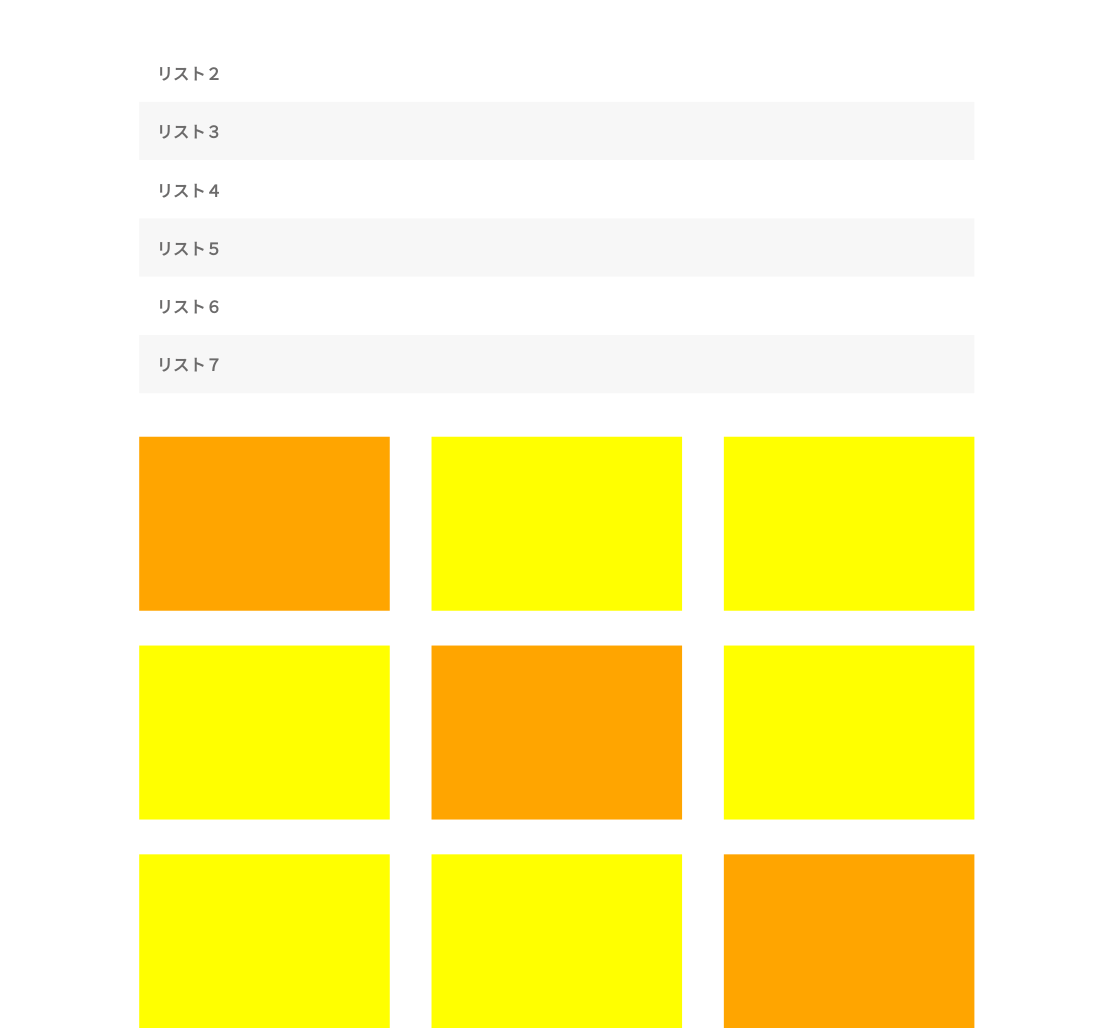
Repository: CarAll02/git-practice
Page: chapter8_exercise/index.html
The author's editor kept a record of every edit. The page is drawn from the files as they stood at one moment, then again after the next edit.
The browser window is 1280 px wide. The pictures show the whole page, at 87% of full size.

Above is the page before.

### chapter8_exercise/index.html
<!DOCTYPE html>
<html lang="ja">
  <head>
    <meta charset="UTF-8"/>
    <link rel="stylesheet" href="style.css">
    <title>chapter8_exercise</title>
  </head>

  <body>
    <main>
      <div class="list">
        <div class="list-box">

        </div>

        <h3 class="list-text">リスト２</h3>
        <h3 class="list-text">リスト３</h3>
        <h3 class="list-text">リスト４</h3>
        <h3 class="list-text">リスト５</h3>
        <h3 class="list-text">リスト６</h3>
        <h3 class="list-text">リスト７</h3>
      </div>
    </main>

    <div class="panel">
      <div class="panel-item"></div>
      <div class="panel-item"></div>
      <div class="panel-item"></div>
      <div class="panel-item"></div>
      <div class="panel-item"></div>
      <div class="panel-item"></div>
      <div class="panel-item"></div>
      <div class="panel-item"></div>
      <div class="panel-item"></div>
    </div>

  </body>

</html>

### chapter8_exercise/style.css
*{
  margin:0;
  padding: 0;
  box-sizing:border-box;
  color:#6c6b6b;
}

main{
  width:960px;
  display:flex;
  justify-content:center;
  margin:0 auto;
}

.list{
  width: 960px;
  margin: 50px 0 50px 0;
}

.list-text{
  padding:20px;
}

.list-text:nth-child(odd){
  background-color: #f7f7f7;
}

.panel{
  width: 960px;
  height: 680px;
  margin-bottom: 50px;
  margin:0 auto;
  display:flex;
  flex-wrap:wrap;
}

.panel-item{
  width: 30%;
  height:200px;
  background-color: yellow;
  margin-right: 5%;
  margin-bottom: 40px;
}

.panel-item:nth-child(3n){
  margin-right: -5%;
}

.panel-item:nth-child(1){
  background-color: orange;
}

.panel-item:nth-child(5){
  background-color: orange;
}

.panel-item:nth-child(9){
  background-color: orange;
}

After the next edit:
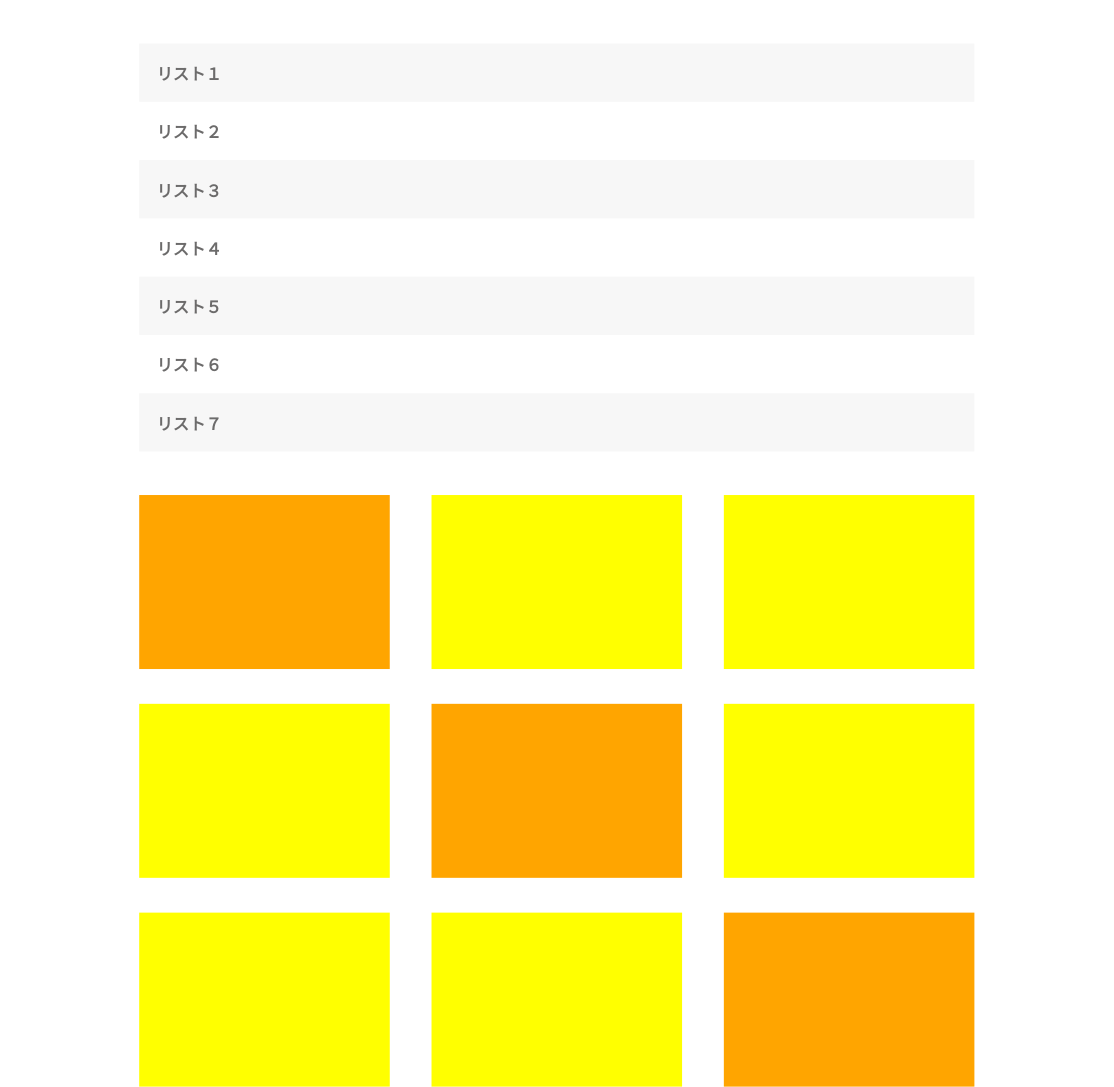
The edit:
--- a/chapter8_exercise/index.html
+++ b/chapter8_exercise/index.html
@@ -10,7 +10,7 @@
     <main>
       <div class="list">
         <div class="list-box">
-
+          <h3 class="list-text">リスト１</h3>
         </div>
 
         <h3 class="list-text">リスト２</h3>
